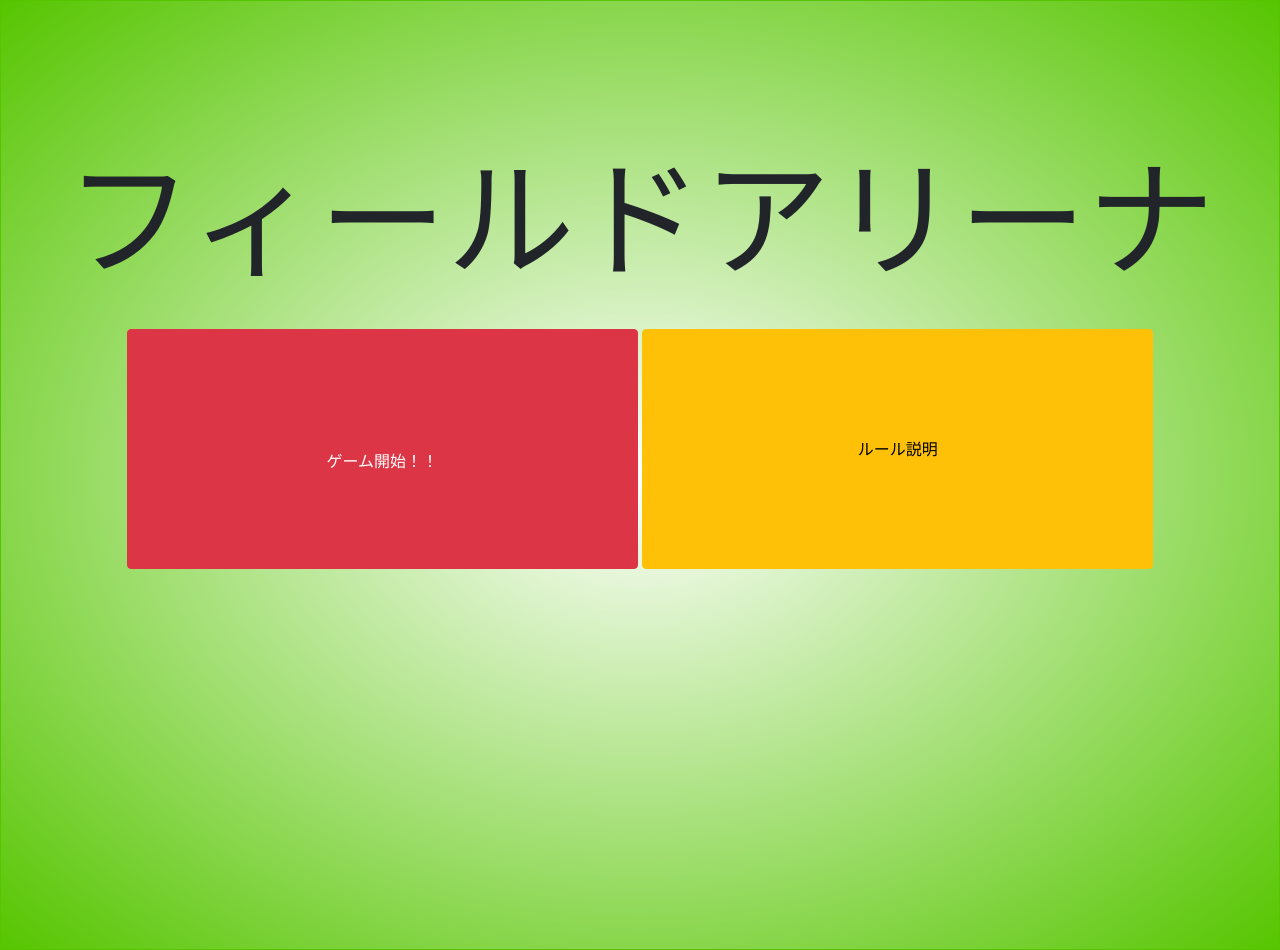
Repository: e1b21074/field_arena
Page: .log/field_arena/src/main/resources/static/index.html
An editor plug-in stored every save of this project. The page is shown before and after a run of saves, followed by the edit.
The browser window is 1280 px wide. The pictures show the whole page.

Above is the page before, as saved 2024-01-09 15:11:37.

After the next 2 saves:
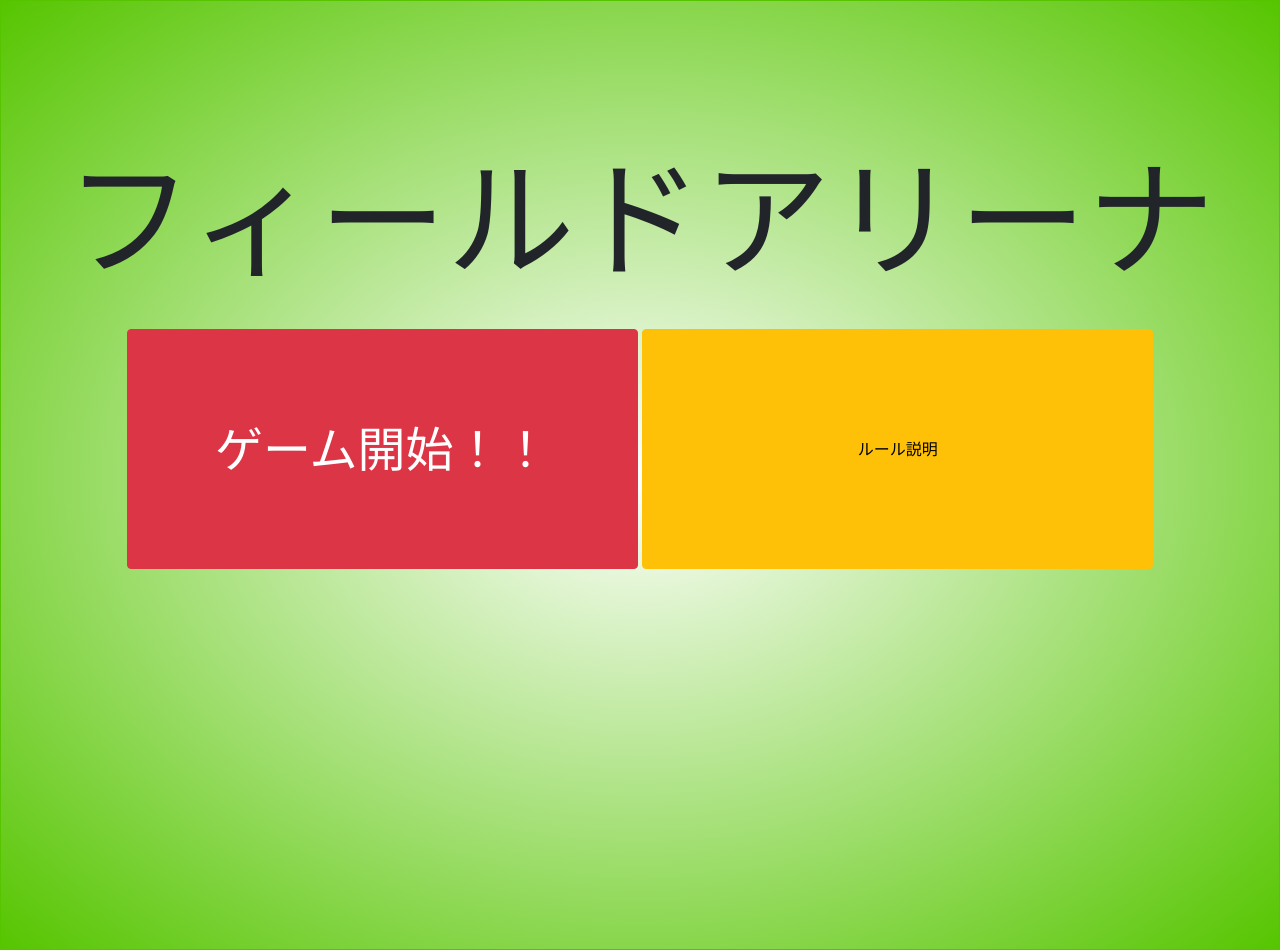
The 2 saves are shown as one change because they came seconds apart.
The last was saved 9 s later.
--- a/.log/field_arena/src/main/resources/static/index.html
+++ b/.log/field_arena/src/main/resources/static/index.html
@@ -35,7 +35,7 @@
       <p class="title">
       フィールドアリーナ
       </p>
-      <button type="button" class="btn btn-danger" onclick="location.href='/gamearea'"><font size="7"></font>ゲーム開始！！</button>
+      <button type="button" class="btn btn-danger" onclick="location.href='/gamearea'"><font size="7">ゲーム開始！！</font></button>
       <button type="button" class="btn btn-warning" onclick="location.href='/rule'">ルール説明</button>
     </div>
   </center>
